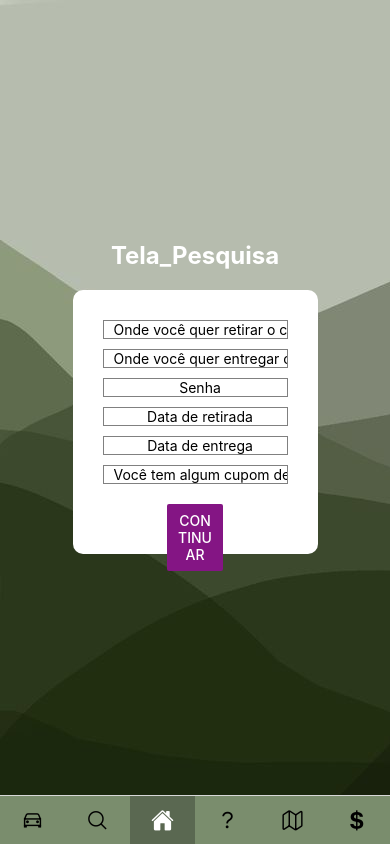
Repository: GabrielAron/EcoWheels
Page: /Home
An editor plug-in stored every save of this project. The page is shown before and after the next save, followed by the edit.
The browser window is 390 px wide. The pictures show the whole page.
The app was drawn by React Native's web renderer in a window 390 px wide. The project was rebuilt for these pictures with package versions that can differ from the ones it lists, and the page was loaded fresh each time. Also part of the build but not shown: src/Paginas/Carros/index.js, src/Paginas/Ajuda/index.js, src/Paginas/Mapa/index.js, src/Paginas/Pagamento/pagamento.js.

Above is the page before, as saved 2023-11-24 14:41:40.

### App.js
import React from 'react';
import Routes from './src/Paginas/routes';
import { ReservaProvider } from './src/Paginas/ReservaContext';


function App() {
  return (
    <ReservaProvider>
      <Routes />
    </ReservaProvider>
  );
}

export default App;

### src/Paginas/routes.js
import React from 'react';
import { createBottomTabNavigator } from '@react-navigation/bottom-tabs';
import { NavigationContainer } from '@react-navigation/native';
import { Ionicons } from '@expo/vector-icons';

import Home from './Home';
import Explorar from './Carros';
import Ajuda from './Ajuda';
import Reservas from './Locacoes';
import Recarga from './Mapa';
import Pagamento from './Pagamento/pagamento';

const Tab = createBottomTabNavigator();

export default function Routes() {
  return (
    <NavigationContainer>
      <Tab.Navigator
        tabBarOptions={{
          showLabel: false, // Oculta as etiquetas de texto das guias
          tabBarStyle: {
            position: 'absolute',
            backgroundColor: '#7A8D6D',
            height:700,
          },
          tabStyle: {
            elevation: 0,
          },
          inactiveBackgroundColor: '#7A8D6D',
          activeBackgroundColor: '#5A6851',
        }}
      >
        <Tab.Screen
          name="Reservas"
          component={Reservas}
          options={{
            headerShown: false,
            tabBarIcon: ({ color, size, focused }) => {
              if (focused) {
                return <Ionicons name="md-car" size={23} color="#FFF" />;
              } else {
                return <Ionicons name="md-car-outline" size={23} color="#000000" />;
              }
            },
          }}
        />
        <Tab.Screen
          name="Explorar"
          component={Explorar}
          options={{
            headerShown: false,
            tabBarIcon: ({ color, size, focused }) => {
              if (focused) {
                return <Ionicons name="md-search" size={23} color="#FFF" />;
              } else {
                return <Ionicons name="md-search-outline" size={23} color="#000000" />;
              }
            },
          }}
        />
        <Tab.Screen
          name="Home"
          component={Home}
          options={{
            headerShown: false,
            tabBarIcon: ({ color, size, focused }) => {
              if (focused) {
                return <Ionicons name="md-home" size={23} color="#FFF" />;
              } else {
                return <Ionicons name="md-home-outline" size={23} color="#000000" />;
              }
            },
          }}
        />
        <Tab.Screen
          name="Ajuda"
          component={Ajuda}
          options={{
            headerShown: false,
            tabBarIcon: ({ color, size, focused }) => {
              if (focused) {
                return <Ionicons name="md-help" size={23} color="#FFF" />;
              } else {
                return <Ionicons name="md-help-outline" size={23} color="#000000" />;
              }
            },
          }}
        />
        <Tab.Screen
          name="Recarga"
          component={Recarga}
          options={{
            headerShown: false,
            tabBarIcon: ({ color, size, focused }) => {
              if (focused) {
                return <Ionicons name="md-map" size={23} color="#FFF" />;
              } else {
                return <Ionicons name="md-map-outline" size={23} color="#000000" />;
              }
            },
          }}
        />
         <Tab.Screen
          name="Pagamento"
          component={Pagamento}
          options={{
            headerShown: false,
            tabBarIcon: ({ color, size, focused }) => {
              if (focused) {
                return <Ionicons name="logo-usd" size={23} color="#FFF" />;

              } else {
                return <Ionicons name="logo-usd" size={23} color="#000000" />;
              }
            },
          }}
        />
      </Tab.Navigator>
    </NavigationContainer>
  );
}

### src/Paginas/ReservaContext.js
import React, { createContext, useState } from 'react';

export const ReservaContext = createContext();

export const ReservaProvider = ({ children }) => {
  const [reservas, setReservas] = useState([]);

  return (
    <ReservaContext.Provider value={{ reservas, setReservas }}>
      {children}
    </ReservaContext.Provider>
  );
};

### src/Paginas/Home/index.js
import React from 'react';
import { View, Text, TextInput, Button, StyleSheet, ImageBackground } from 'react-native';
import Fundo from '/imagens/fundoverde.jpg';

export default function App() {
  return (
    <ImageBackground source={Fundo} style={styles.image}>
      <View style={styles.container}>
        <Text style={styles.title}>Tela_Pesquisa</Text>
        <View style={styles.formContainer}>
          <TextInput style={styles.input} placeholder="Onde você quer retirar o carro" />
          <TextInput style={styles.input} placeholder="Onde você quer entregar o carro" />
          <TextInput style={styles.input} placeholder="Senha" secureTextEntry={true} />
          <TextInput style={styles.input} placeholder="Data de retirada" />
          <TextInput style={styles.input} placeholder="Data de entrega" />
          <TextInput style={styles.input} placeholder="Você tem algum cupom de desconto?" />
          <View style={styles.buttonContainer}>
            <Button title="Continuar" onPress={() => {}} color="#841584" />
          </View>
        </View>
      </View>
    </ImageBackground>
  );
}

const styles = StyleSheet.create({
  container: {
    flex: 1,
    justifyContent: 'center',
    padding: 20,
  },
  image: {
    flex: 1,
    resizeMode: 'cover',
    justifyContent: 'center',
  },
  title: {
    fontSize: 24,
    fontWeight: 'bold',
    textAlign: 'center',
    marginBottom: 20,
    color: '#fff',
  },
  input: {
    height: 40,
    borderColor: 'gray',
    borderWidth: 1,
    marginBottom: 10,
    paddingLeft: 10,
    textAlign: 'center',
  },
  formContainer: {
    backgroundColor: 'white',
    borderRadius: 10,
    padding: 30,
    width: '70%',
    height:'35%',
    alignSelf: 'center',
  },
  buttonContainer: {
    width: '30%',
    alignSelf: 'center',
    marginTop: 10,
  },
});

### src/Paginas/Locacoes/index.js
import React, { useState, useContext } from 'react';
import { View, Text, ImageBackground, Button, StyleSheet, ScrollView, Modal, Alert } from 'react-native';
import Fundo from '/imagens/fundoverde.jpg';
import { ReservaContext } from '../ReservaContext'; // Atualize o caminho conforme necessário

const Card = ({ id, title, image }) => {
  const [modalVisible, setModalVisible] = useState(false);
  const { reservas, setReservas } = useContext(ReservaContext);
  const [carros, setCarros] = useState([

      { id: 1, title: "QUALIDADE PARA UM CONFORTO E ÓTIMO PASSEIO - Exquisite Cruiser 1.8", image: "https://cdn.leonardo.ai/users/cf8d0bec-5da3-4e6a-aed2-13735b2a6925/generations/a40b4ef5-35ec-4e32-a5ff-cc2ef5e85345/PhotoReal_make_a_background_image_for_a_cell_phone_application_2.jpg?w=512" },
      { id: 2, title: "DESIGN E CONFORTO EM UM - Rider GT 3.0", image: "https://cdn.leonardo.ai/users/cf8d0bec-5da3-4e6a-aed2-13735b2a6925/generations/a40b4ef5-35ec-4e32-a5ff-cc2ef5e85345/PhotoReal_make_a_background_image_for_a_cell_phone_application_3.jpg?w=512" },
      { id: 3, title: "FORÇA PARA DESAFIOS OFF-Road - Viper GT 3.0 ", image: "https://cdn.leonardo.ai/users/cf8d0bec-5da3-4e6a-aed2-13735b2a6925/generations/a0fe3adc-2c2f-4336-bc49-e57599170dd1/PhotoReal_faa_um_hummer_eltrico_novo_andando_por_uma_cidade_3.jpg?w=512" },
      { id: 4, title: "UM CARRO ANTIGO E ESTILOSO PARA OS AMANTES DE CLÁSSICOS - Bentley 1.8", image: "https://cdn.leonardo.ai/users/cf8d0bec-5da3-4e6a-aed2-13735b2a6925/generations/c6457b66-6149-4c4d-8408-99c27071dc1e/PhotoReal_faa_um_carro_eletrico_executivo_andando_por_uma_cida_0.jpg?w=512" },
      { id: 5, title: "UM CARRO VERSÁTIL QUE ATENDE A TODAS AS NECESSIDADES FLEXUS X 1.0", image: "https://cdn.leonardo.ai/users/cf8d0bec-5da3-4e6a-aed2-13735b2a6925/generations/f62f0f84-2ea5-4c9d-a4e3-33ade848f3b2/PhotoReal_make_a_background_image_for_a_cell_phone_application_3.jpg?w=512" },
      { id: 6, title: "UMA OPÇÃO PERFEITA PARA QUEM BUSCA PRATICIDADE E CONFORTO - LUXURY DRIVE 1.6", image: "https://cdn.leonardo.ai/users/cf8d0bec-5da3-4e6a-aed2-13735b2a6925/generations/589507b8-d87b-4a85-b05e-c325ccebd6b6/PhotoReal_make_a_background_image_for_a_cell_phone_application_1.jpg?w=512" },
      { id: 7, title: "UM CARRO ESPORTIVO COM DESEMPENHO DE ALTA POTÊNCIA Vortex GT 5.0", image: "https://fotos-jornaldocarro-estadao.nyc3.cdn.digitaloceanspaces.com/wp-content/uploads/2023/01/13072602/Carro_esportivo.jpg" },
    ]);


  return (
    <View style={styles.card}>
      <ImageBackground source={{ uri: image }} style={styles.image}>
        <View style={styles.content}>
          <Text style={styles.title}>{title}</Text>
          <Button title="Reservar" onPress={() => setModalVisible(true)} />
        </View>
      </ImageBackground>

      <Modal
        animationType="slide"
        transparent={true}
        visible={modalVisible}
        onRequestClose={() => {
          Alert.alert("Modal has been closed.");
          setModalVisible(!modalVisible);
        }}
      >
        <View style={styles.centeredView}>
          <View style={styles.modalView}>
            <Text style={styles.modalText}>Deseja mesmo reservar o carro?</Text>

            <Button
              style={[styles.button, styles.buttonClose]}
              onPress={() => {
                setReservas([...reservas, { id, title, image }]);
                setCarros(carros.filter(carro => carro.id !== id));
                setModalVisible(!modalVisible);
              }}
              title="Sim"
            />
            <Button
              style={[styles.button, styles.buttonCancel]}
              onPress={() => setModalVisible(!modalVisible)}
              title="Não"
            />
          </View>
        </View>
      </Modal>
    </View>
  );
};

export default function Reservas() {
  return (
    <View style={styles.container}>
      <ImageBackground source={Fundo} style={styles.image}>
        <Text style={styles.text}>Carros</Text>
        <View style={styles.cardContainer}>
          <ScrollView showsVerticalScrollIndicator={false}>
            <Card id={1} title="QUALIDADE PARA UM CONFORTO E ÓTIMO PASSEIO - Exquisite Cruiser 1.8" image="https://cdn.leonardo.ai/users/cf8d0bec-5da3-4e6a-aed2-13735b2a6925/generations/a40b4ef5-35ec-4e32-a5ff-cc2ef5e85345/PhotoReal_make_a_background_image_for_a_cell_phone_application_2.jpg?w=512" />
            <Card id={2} title="DESIGN E CONFORTO EM UM - Rider GT 3.0" image="https://cdn.leonardo.ai/users/cf8d0bec-5da3-4e6a-aed2-13735b2a6925/generations/a40b4ef5-35ec-4e32-a5ff-cc2ef5e85345/PhotoReal_make_a_background_image_for_a_cell_phone_application_3.jpg?w=512" />
            <Card id={3} title="FORÇA PARA DESAFIOS OFF-Road - Viper GT 3.0 " image="https://cdn.leonardo.ai/users/cf8d0bec-5da3-4e6a-aed2-13735b2a6925/generations/a0fe3adc-2c2f-4336-bc49-e57599170dd1/PhotoReal_faa_um_hummer_eltrico_novo_andando_por_uma_cidade_3.jpg?w=512" />
            <Card id={4} title="UM CARRO ANTIGO E ESTILOSO PARA OS AMANTES DE CLÁSSICOS - Bentley 1.8" image="https://cdn.leonardo.ai/users/cf8d0bec-5da3-4e6a-aed2-13735b2a6925/generations/c6457b66-6149-4c4d-8408-99c27071dc1e/PhotoReal_faa_um_carro_eletrico_executivo_andando_por_uma_cida_0.jpg?w=512" />
            <Card id={5} title="UM CARRO VERSÁTIL QUE ATENDE A TODAS AS NECESSIDADES FLEXUS X 1.0" image="https://cdn.leonardo.ai/users/cf8d0bec-5da3-4e6a-aed2-13735b2a6925/generations/f62f0f84-2ea5-4c9d-a4e3-33ade848f3b2/PhotoReal_make_a_background_image_for_a_cell_phone_application_3.jpg?w=512" />
            <Card id={6} title="UMA OPÇÃO PERFEITA PARA QUEM BUSCA PRATICIDADE E CONFORTO - LUXURY DRIVE 1.6" image="https://cdn.leonardo.ai/users/cf8d0bec-5da3-4e6a-aed2-13735b2a6925/generations/589507b8-d87b-4a85-b05e-c325ccebd6b6/PhotoReal_make_a_background_image_for_a_cell_phone_application_1.jpg?w=512" />
            <Card id={7} title="UM CARRO ESPORTIVO COM DESEMPENHO DE ALTA POTÊNCIA Vortex GT 5.0" image="https://fotos-jornaldocarro-estadao.nyc3.cdn.digitaloceanspaces.com/wp-content/uploads/2023/01/13072602/Carro_esportivo.jpg" />
          </ScrollView>
        </View>
      </ImageBackground>
    </View>
  );
}


const styles = StyleSheet.create({
  container: {
    flex: 1,
  },
  image: {
    flex: 1,
    resizeMode: 'cover',
    justifyContent: 'center',
  },
  text: {
    color: '#fffbff',
    fontSize: 36,
    position: 'absolute',
    top: 50,
    left: 0,
    right: 0,
    fontWeight: 'bold',
    textAlign: 'center',
  },
  cardContainer: {
    flex: 1,
    alignItems: 'center',
    justifyContent: 'center',
    paddingTop: 200,
    paddingLeft: 75,
  },
  card: {
    width: '90%',
    height: 200,
    marginBottom: 45,
    borderRadius: 10,
    overflow: 'hidden',
  },
  image: {
    flex: 1,
    resizeMode: 'cover',
    justifyContent: 'center',
  },
  content: {
    padding: 10,
    alignItems: 'center',
    justifyContent: 'center',
  },
  title: {
    fontSize: 16,
    fontWeight: 'bold',
    color: '#fffbff',
  },
  overlay: {
    ...StyleSheet.absoluteFillObject,
    backgroundColor: 'rgba(128, 128, 128, 0.5)',
  },
  centeredView: {
    flex: 1,
    justifyContent: "center",
    alignItems: "center",
    marginTop: 22
  },
  modalView: {
    margin: 20,
    backgroundColor: "white",
    borderRadius: 20,
    padding: 35,
    alignItems: "center",
    shadowColor: "#000",
    shadowOffset: {
      width: 0,
      height: 2
    },
    shadowOpacity: 0.25,
    shadowRadius: 4,
    elevation: 5
  },
  button: {
    borderRadius: 20,
    padding: 10,
    elevation: 2
  },
  buttonClose: {
    backgroundColor: "#2196F3",
  },
  buttonCancel: {
    backgroundColor: "#f00",
  },
  modalText: {
    marginBottom: 15,
    textAlign: "center"
  }
});

After the next save:
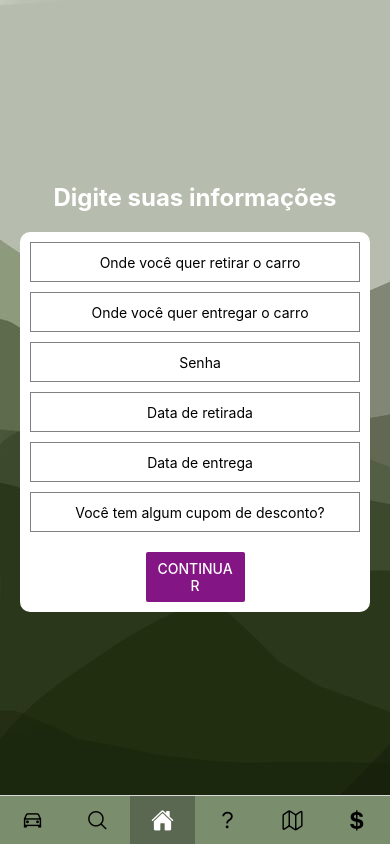
Saved 4 min 13 s later.
--- a/src/Paginas/Home/index.js
+++ b/src/Paginas/Home/index.js
@@ -6,7 +6,7 @@ export default function App() {
   return (
     <ImageBackground source={Fundo} style={styles.image}>
       <View style={styles.container}>
-        <Text style={styles.title}>Tela_Pesquisa</Text>
+        <Text style={styles.title}>Digite suas informações</Text>
         <View style={styles.formContainer}>
           <TextInput style={styles.input} placeholder="Onde você quer retirar o carro" />
           <TextInput style={styles.input} placeholder="Onde você quer entregar o carro" />
@@ -52,9 +52,9 @@ const styles = StyleSheet.create({
   formContainer: {
     backgroundColor: 'white',
     borderRadius: 10,
-    padding: 30,
-    width: '70%',
-    height:'35%',
+    padding: 10,
+    width: '100%',
+
     alignSelf: 'center',
   },
   buttonContainer: {
